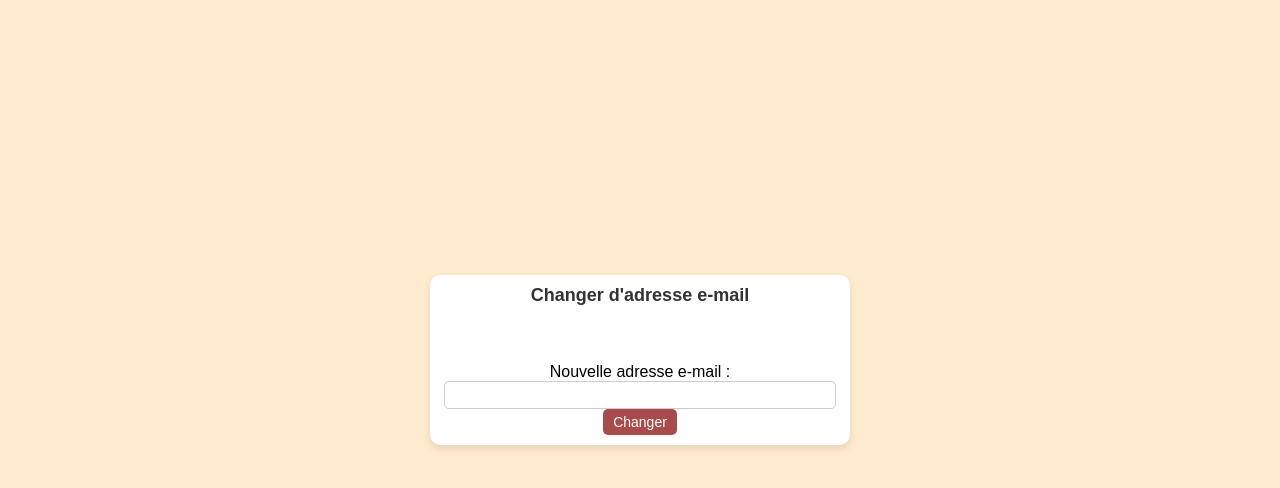
Repository: LeroyM084/Mushroom_Password
Page: ChromeExtension/templates/changeMail.html
These files come from the project's save history. The page is drawn as it stood at one moment and after the next save; the edit follows.
The browser window is 1280 px wide. The pictures show the whole page.

Above is the page before, as saved 2025-02-19 11:55:53.

After the next save:
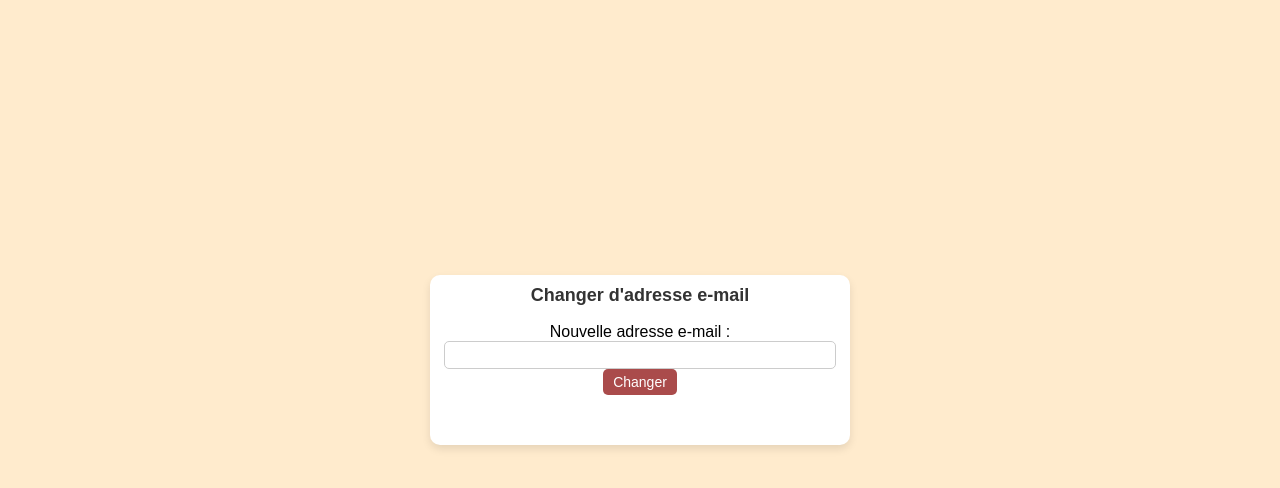
Saved 10 s later.
--- a/ChromeExtension/style/changeMail.css
+++ b/ChromeExtension/style/changeMail.css
@@ -57,3 +57,29 @@ button {
 button:hover {
     background-color: #9a4343; /* Couleur au survol */
 }
+
+/* Ajoutez ces styles à votre fichier CSS existant */
+#message {
+    margin-top: 20px;
+    padding: 10px;
+    border-radius: 5px;
+}
+
+.success {
+    background-color: #d4edda;
+    color: #155724;
+    border: 1px solid #c3e6cb;
+}
+
+.error {
+    background-color: #f8d7da;
+    color: #721c24;
+    border: 1px solid #f5c6cb;
+}
+
+#message a {
+    display: inline-block;
+    margin-top: 10px;
+    color: inherit;
+    text-decoration: underline;
+}
